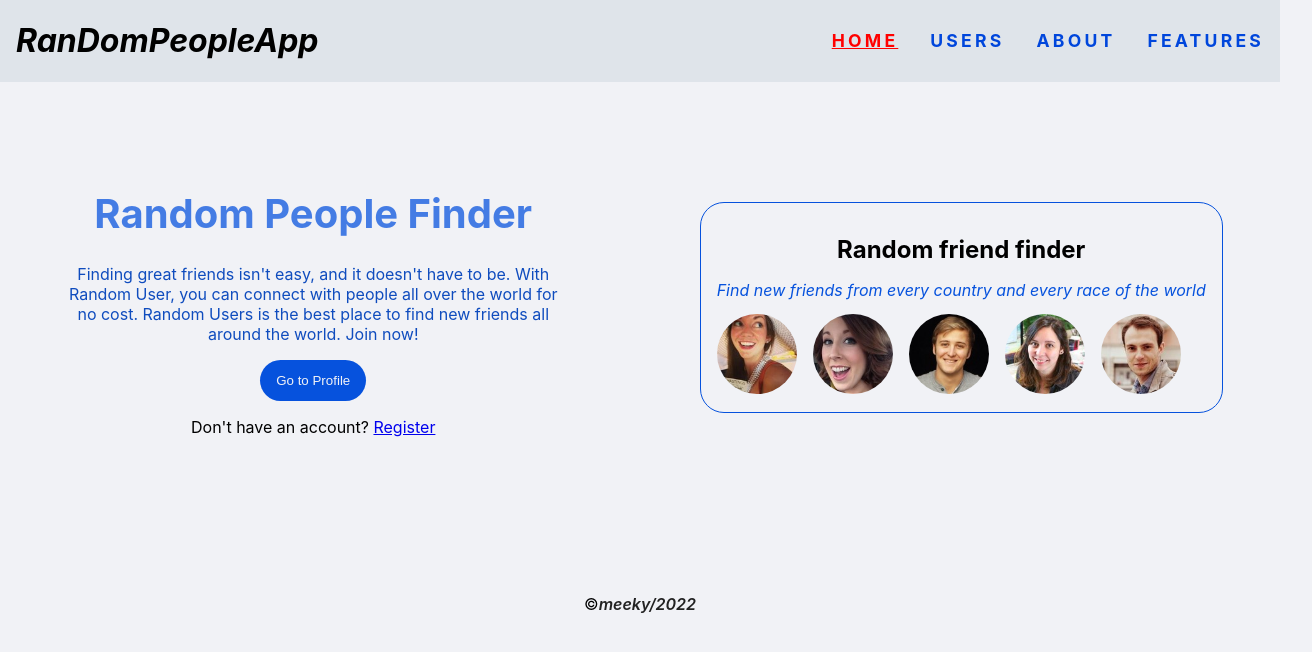
Repository: MikkyPrestige/RandomProfiles
Page: /
These files come from the project's save history. The page is drawn as it stood at one moment and after the next save; the edit follows.
The browser window is 1280 px wide. The page is 1280 px wide, then 1312 px, then 1280 px, so the pictures cover 1312 px, including what lies to the right of the window. The pictures show the whole page.
The project was rebuilt for these pictures with package versions that can differ from the ones it lists, and the page was loaded fresh each time. Also part of the build but not shown: src/components/users.jsx, src/assets/styles/search.css, src/components/search.jsx, src/assets/styles/help.css, src/components/help.jsx, src/assets/styles/about.css, src/components/about.jsx, src/assets/styles/error.css and 9 more.

Above is the page before, as saved 2022-12-06 19:50:30.

### public/index.html
<!DOCTYPE html>
<html lang="en">

<head>
  <meta charset="utf-8" />
  <link rel="icon" href="%PUBLIC_URL%/favicon.ico" />
  <meta name="viewport" content="width=device-width, initial-scale=1" />
  <meta name="theme-color" content="#000000" />
  <meta name="description" content="Web site created using create-react-app" />
  <link rel="apple-touch-icon" href="%PUBLIC_URL%/logo192.png" />
  <!--
      manifest.json provides metadata used when your web app is installed on a
      user's mobile device or desktop. See https://developers.google.com/web/fundamentals/web-app-manifest/
    -->
  <link rel="manifest" href="%PUBLIC_URL%/manifest.json" />
  <!--
      Notice the use of %PUBLIC_URL% in the tags above.
      It will be replaced with the URL of the `public` folder during the build.
      Only files inside the `public` folder can be referenced from the HTML.

      Unlike "/favicon.ico" or "favicon.ico", "%PUBLIC_URL%/favicon.ico" will
      work correctly both with client-side routing and a non-root public URL.
      Learn how to configure a non-root public URL by running `npm run build`.
    -->
  <title>AltSchool Assignment 2</title>
</head>

<body>
  <noscript>You need to enable JavaScript to run this app.</noscript>
  <div id="root"></div>
  <!--
      This HTML file is a template.
      If you open it directly in the browser, you will see an empty page.

      You can add webfonts, meta tags, or analytics to this file.
      The build step will place the bundled scripts into the <body> tag.

      To begin the development, run `npm start` or `yarn start`.
      To create a production bundle, use `npm run build` or `yarn build`.
    -->
</body>

</html>

### src/index.css
body {
  margin: 0;
  font-family: -apple-system, BlinkMacSystemFont, 'Segoe UI', 'Roboto', 'Oxygen',
    'Ubuntu', 'Cantarell', 'Fira Sans', 'Droid Sans', 'Helvetica Neue',
    sans-serif;
  -webkit-font-smoothing: antialiased;
  -moz-osx-font-smoothing: grayscale;
  background-color: #f1f2f6;
}

code {
  font-family: source-code-pro, Menlo, Monaco, Consolas, 'Courier New',
    monospace;
}

### src/App.jsx
import * as React from "react";
import { ErrorBoundary } from "react-error-boundary";
import { Route, Routes } from "react-router-dom";
import {
  Layout,
  Home,
  Users,
  Search,
  Help,
  About,
  Error,
  ErrorFallBack,
  Profile,
  ProfileDisplay,
  Register,
  UpdatePassword,
  Footer,
} from "./components";

const App = () => {
  return (
    <div className="App">
      <main>
        <ErrorBoundary FallbackComponent={ErrorFallBack}>
          <Layout />
          <Routes>
            <Route path="/" element={<Home />} />
            <Route path="users">
              <Route index element={<Users />} />
              <Route path=":id" element={<Search />} />
            </Route>
            <Route path="profile" element={<Profile />} />
            <Route path="profileDisplay" element={<ProfileDisplay />} />
            <Route path="register" element={<Register />} />
            <Route path="update" element={<UpdatePassword />} />
            <Route path="help" element={<Help />} />
            <Route path="about" element={<About />} />
            <Route path="*" element={<Error />} />
          </Routes>
        </ErrorBoundary>
        <Footer />
      </main>
    </div>
  );
};

export default App;

### src/components/index.js
export {  Layout, Back } from "./layout";
export { default as Home } from "./home";
export { default as Users } from "./users";
export { default as Search } from "./search";
export { default as Help } from "./help";
export { default as About } from "./about";
export { default as Error } from "./error";
export { default as ErrorFallBack } from "./errorFallback";
export { default as Profile } from "./profile";
export { default as ProfileDisplay } from "./profileDisplay";
export { default as Register } from "./register";
export { default as UpdatePassword } from "./update";
export { Footer } from "./avatar";

### src/components/layout.jsx
// LAYOUT COMPONENT - This component is for the App Layout that displays the Navigation bar in the app UI to the user when app is open

import { useState } from "react";
import { NavLink } from "react-router-dom";
import "../assets/styles/layout.css";
import { MdClose } from "react-icons/md";
import { FiMenu } from "react-icons/fi";

const CustomNavLink = ({ to, ...props }) => {
  let activeStyle = {
    textDecoration: "underline",
    color: "red",
  };

  return (
    <NavLink
      style={({ isActive }) =>
        isActive ? activeStyle : { textDecoration: "none" }
      }
      to={to}
      end
      {...props}
    />
  );
};

const LayoutSmall = () => {
  const [nav, setNav] = useState(false);

  const toggleNav = () => {
    setNav(!nav);
  };

  const closeNav = () => {
    setNav(false);
  };

  return (
    <div className="layout small">
      <header className="layout__header">
        <div className="layout__header--text">
          <h1 className="layout__header--title">RanDomPeopleApp</h1>
        </div>
        <nav className="layout__nav">
          <button onClick={toggleNav} className="layout--btn">
            {nav ? (
              <MdClose className="layout__btn--icon" />
            ) : (
              <FiMenu className="layout__btn--icon" />
            )}
          </button>
          <div className={`menuNav ${nav ? " showMenu" : ""}`}>
            <CustomNavLink
              to="/"
              end
              className="nav__item"
              onClick={() => closeNav()}
            >
              Home
            </CustomNavLink>
            <CustomNavLink
              to="profile"
              className="nav__item"
              onClick={() => closeNav()}
            >
              Users
            </CustomNavLink>
            <CustomNavLink
              to="about"
              className="nav__item"
              onClick={() => closeNav()}
            >
              About
            </CustomNavLink>
            <CustomNavLink
              to="help"
              className="nav__item"
              onClick={() => closeNav()}
            >
              Features
            </CustomNavLink>
          </div>
        </nav>
      </header>
    </div>
  );
};

const LayoutLarge = () => {
  return (
    <div className="layout large">
      <header className="layout__header">
        <div className="layout__header--text">
          <h1 className="layout__header--title">RanDomPeopleApp</h1>
        </div>
        <nav className="layout__nav">
          <div className="nav__items--large">
            <CustomNavLink to="/" className="nav__item--large">
              Home
            </CustomNavLink>
            <CustomNavLink to="profile" className="nav__item--large">
              Users
            </CustomNavLink>
            <CustomNavLink to="about" className="nav__item--large">
              About
            </CustomNavLink>
            <CustomNavLink to="help" className="nav__item--large">
              Features
            </CustomNavLink>
          </div>
        </nav>
      </header>
    </div>
  );
};

const Layout = () => {
  return (
    <div>
      <LayoutSmall />
      <LayoutLarge />
    </div>
  );
};

//  Navigate back home button
const Back = () => {
  const [isHover, setIsHover] = useState(false);

  const handleMouseEnter = () => {
    setIsHover(true);
  };

  const handleMouseLeave = () => {
    setIsHover(false);
  };

  const style = {
    border: "none",
    borderRadius: ".5rem",
    padding: " .5rem",
    fontSize: "1rem",
    fontWeight: "600",
    cursor: "pointer",
    backgroundColor: isHover ? "lightblue" : "rgb(0, 191, 255)",
    color: isHover ? "#f00" : "green",
  };

  return (
    <NavLink to="/" className="back__button">
      <button
        style={style}
        onMouseEnter={handleMouseEnter}
        onMouseLeave={handleMouseLeave}
      >
        Back ←{" "}
      </button>
    </NavLink>
  );
};

export { Layout, Back };

### src/components/home.jsx
// HOME COMPONENT - This component is the Home section of the app that displays app Home page on load and when the 'HOME' button in the header is clicked

import { Link, useNavigate } from "react-router-dom";
import "../assets/styles/home.css";
import { Avatar } from "./avatar";
import FirstFemale from "../assets/img/female-1.jpg";
import SecondFemale from "../assets/img/female-2.jpg";
import ThirdFemale from "../assets/img/female-3.jpg";
import FirstMale from "../assets/img/male-1.jpg";
import SecondMale from "../assets/img/male-2.jpg";

const Home = () => {
  const navigate = useNavigate();
  const getStarted = () => {
    navigate("/profileDisplay"); // Redirect the user to the users component when the get started button is clicked
  };

  return (
    <div className="home">
      <div className="home__container">
        <div className="desc">
          <h1 className="desc__heading">Random people finder</h1>
          <p className="desc__paragraph">
            Finding great friends isn't easy, and it doesn't have to be. With
            Random User, you can connect with people all over the world for no
            cost. Random Users is the best place to find new friends all around
            the world. Join now!
          </p>
          <button onClick={getStarted} className="desc__cta">
            Go to Profile
          </button>
          <p className="register__text">
            Don't have an account?{" "}
            <Link to="/register" className="register__link">
              Register
            </Link>
          </p>
        </div>
        <div className="home__wrapper">
          <h2 className="home__heading">Random friend finder</h2>
          <p className="home__text">
            Find new friends from every country and every race of the world
          </p>
          <div className="home__img">
            <Avatar
              image={FirstFemale}
              alt="Female One"
              style={{ width: "5rem", height: "5rem", borderRadius: "50%" }}
            />
            <Avatar
              image={SecondFemale}
              alt="Female Two"
              style={{ width: "5rem", height: "5rem", borderRadius: "50%" }}
            />
            <Avatar
              image={FirstMale}
              alt="Male One"
              style={{ width: "5rem", height: "5rem", borderRadius: "50%" }}
            />
            <Avatar
              image={ThirdFemale}
              alt="Female Three"
              style={{ width: "5rem", height: "5rem", borderRadius: "50%" }}
            />
            <Avatar
              image={SecondMale}
              alt="Male Two"
              style={{ width: "5rem", height: "5rem", borderRadius: "50%" }}
            />
          </div>
        </div>
      </div>
    </div>
  );
};

export default Home;

### src/components/avatar.jsx
// AVATAR COMPONENT - This component is for the Images used in the app.

import "../assets/styles/layout.css";

export const Avatar = ({ image = "", alt = "", style = {} }) => {
  return (
    <div className="avatar">
      <img src={image} alt={alt} style={style} />
    </div>
  );
};

// FOOTER COMPONENT - for the attribution

export const Footer = () => {
  return (
    <div className="attribution">
      <footer>
        &copy;
        <a
          href="https://github.com/MeekyBerry"
          target="_blank"
          rel="noreferrer"
          className="footer"
        >
          meeky/2022
        </a>
      </footer>
    </div>
  );
};

### src/assets/styles/layout.css
.layout {
  background-color: #dfe4ea;
  padding: 0 1rem;
}

.layout__nav {
  display: flex;
  align-items: center;
  justify-content: space-between;
  position: relative;
}

.layout__header {
  display: flex;
  justify-content: space-between;
  align-items: center;
  width: 100%;
}

.layout__header--title {
  font-style: oblique;
}

.layout--btn {
  position: fixed;
  top: 1.5rem;
  right: 1.5rem;
  z-index: 10;
  background-color: #f1f2f5;
  border: none;
  font-size: 1.5rem;
  cursor: pointer;
}

.menuNav {
  position: fixed;
  top: 6rem;
  right: 0;
  width: 0;
  max-width: 10rem;
  height: 100%;
  background-color: #f1f2f5;
  z-index: 5;
  overflow: hidden;
}

.menuNav.showMenu {
  width: 100%;
  transition: all 2s ease-in;
  -webkit-transition: all 2s ease-in;
  -moz-transition: all 2s ease-in;
  -ms-transition: all 2s ease-in;
  -o-transition: all 2s ease-in;
}

.nav__items {
  display: flex;
  align-items: center;
  list-style: none;
  /* flex-wrap: wrap; */
}

.nav__item {
  font-size: 1.2rem;
  padding: 1rem;
  text-transform: uppercase;
  display: block;
  text-align: center;
  text-transform: uppercase;
  color: #0046dc;
}

.nav__item:hover {
  color: #7dd5c6;
}

.nav__items--large {
  display: flex;
  gap: 2rem;
}

.nav__item--large {
  text-transform: uppercase;
  font-size: 1.1rem;
  font-weight: 700;
  letter-spacing: .2rem;
  color: #0046dc;
}

.attribution {
  text-align: center;
}

.footer {
  color: #222;
  text-decoration: none;
  cursor: pointer;
  font-style: italic;
  font-weight: 600;
}

/* MEDIA QUERY TO HIDE THE NAVIGATION BAR HAMBURGER ON LARGE SCREENS */
@media screen and (min-width: 768px) {
  .small {
    display: none;
  }

  .large {
    display: block;
  }
}

@media screen and (max-width: 768px) {
  .small {
    display: block;
  }

  .large {
    display: none;
  }
}

### src/assets/styles/home.css
.home {
  height: 60vh;
  width: 100%;
  margin-top: 5rem;
  text-align: center;
}

.home__container {
  display: flex;
  justify-content: space-around;
  align-items: center;
  gap: 1rem;
}

.desc {
  width: 40%;
}

.desc__heading {
  font-size: 2.5rem;
  color: #0651ddbb;
  text-transform: capitalize;
}

.desc__paragraph {
  font-size: 1rem;
  color: #0f4cbe;
}

.desc__cta {
  background-color: #0652dd;
  color: #f1f2f6;
  padding: 0.8rem 1rem;
  border: none;
  border-radius: 1.5rem;
}

.desc__cta:hover {
  background-color: #0f4cbe;
}

.home__wrapper {
  border: 1px solid #0652dd;
  border-radius: 1.5rem;
  line-height: 1;
  padding: 1rem;
  height: min-content;
}

.home__text {
  font-style: italic;
  color: #0652dd;
}

.home__img {
  display: flex;
  align-items: center;
  gap: 1rem;
}

### src/assets/styles/users.css
.users {
  background-color: #fff;
  border: 1px solid #ccc;
  border-radius: 0.5rem;
  padding: 1rem;
  margin: 1rem;
}

.users__container {
  display: flex;
  flex-direction: column;
  justify-content: center;
  align-items: center;
}

.users__heading {
  text-align: center;
  text-transform: uppercase;
  font-size: 1.5rem;
  font-weight: bold;
  margin-bottom: 1rem;
}

.users__list {
  list-style: none;
  padding: 2rem;
  margin: 1rem auto;
  width: 85%;
  display: grid;
  grid-template-columns: repeat(3, minmax(200px, 1fr));
  grid-gap: 3rem;
}

.user__items {
  border-bottom: 1px solid #ccc;
}

.user__item {
  background-color: #fff;
  border: 1px solid #ccc;
  border-radius: 0.5rem;
  padding: 1rem;
}

.user__img {
  width: 80%;
  border-radius: 10%;
  margin-left: 1rem;
}

/* BUTTON BELOW */
.btn__container {
  display: flex;
  justify-content: center;
  align-items: center;
}

.active:hover {
  background-color: #ced6e0;
  color: #1e90ff;
}

.active:active {
  background-color: #70a1ff;
  color: #ced6e0;
}

.btn__array {
  padding: 0.5rem;
  margin: 0.5rem;
  font-size: 1rem;
  border-radius: 0.5rem;
  border: none;
  cursor: pointer;
}

.search__box {
  display: flex;
  justify-content: center;
  align-items: center;
}

.search__link {
  background-color: #fff;
  border: 1px solid #ccc;
  color: #1e90ff;
  border-radius: 1rem;
  width: 18rem;
  padding: 0.5rem;
  margin: 1rem;
  font-size: 1rem;
  font-weight: bold;
  cursor: pointer;
  text-align: center;
  text-decoration: none;
  animation: search 1s ease-in-out infinite;
}

.search__link:hover {
  background-color: #1e90ff;
  color: #fff;
  animation: none;
}

.search__link:active {
  background-color: #70a1ff;
  color: #fff;
  animation: none;
}

@keyframes search {
  0% {
    transform: scale(1);
  }

  50% {
    transform: scale(1.2);
  }

  100% {
    transform: scale(1);
  }
}

Loaded but not shown: src/index.js (common file)

After the next save:
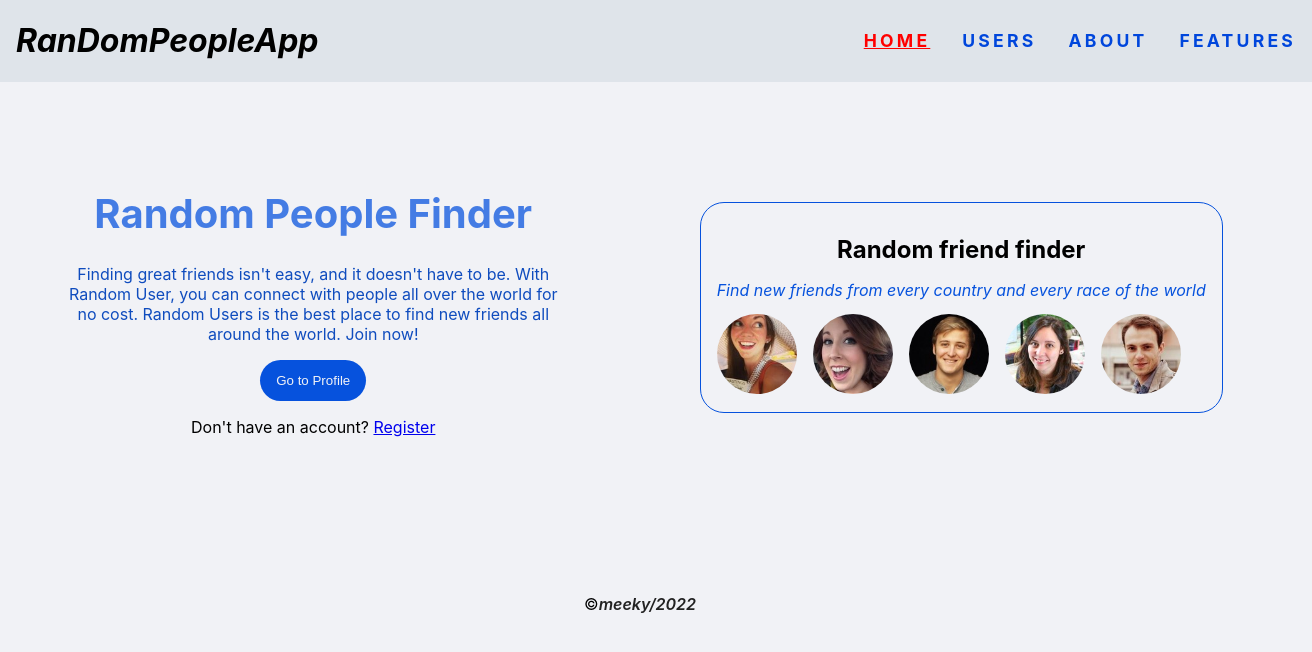
Saved 62 s later.
--- a/src/assets/styles/layout.css
+++ b/src/assets/styles/layout.css
@@ -1,6 +1,7 @@
 .layout {
   background-color: #dfe4ea;
   padding: 0 1rem;
+  width: 100%;
 }
 
 .layout__nav {
@@ -14,7 +15,6 @@
   display: flex;
   justify-content: space-between;
   align-items: center;
-  width: 100%;
 }
 
 .layout__header--title {

After the 2 saves that followed:
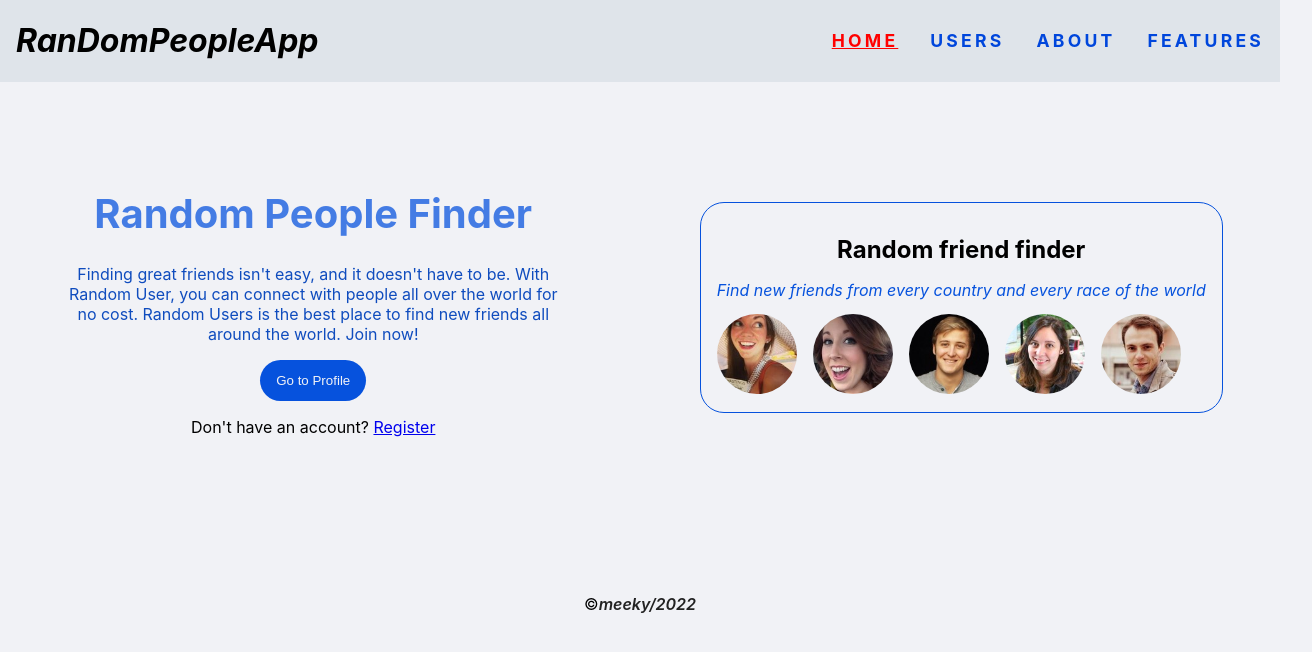
The 2 saves are shown as one change because 1 left the picture as it was.
The last was saved 66 s later.
--- a/src/assets/styles/layout.css
+++ b/src/assets/styles/layout.css
@@ -1,7 +1,6 @@
 .layout {
   background-color: #dfe4ea;
   padding: 0 1rem;
-  width: 100%;
 }
 
 .layout__nav {
